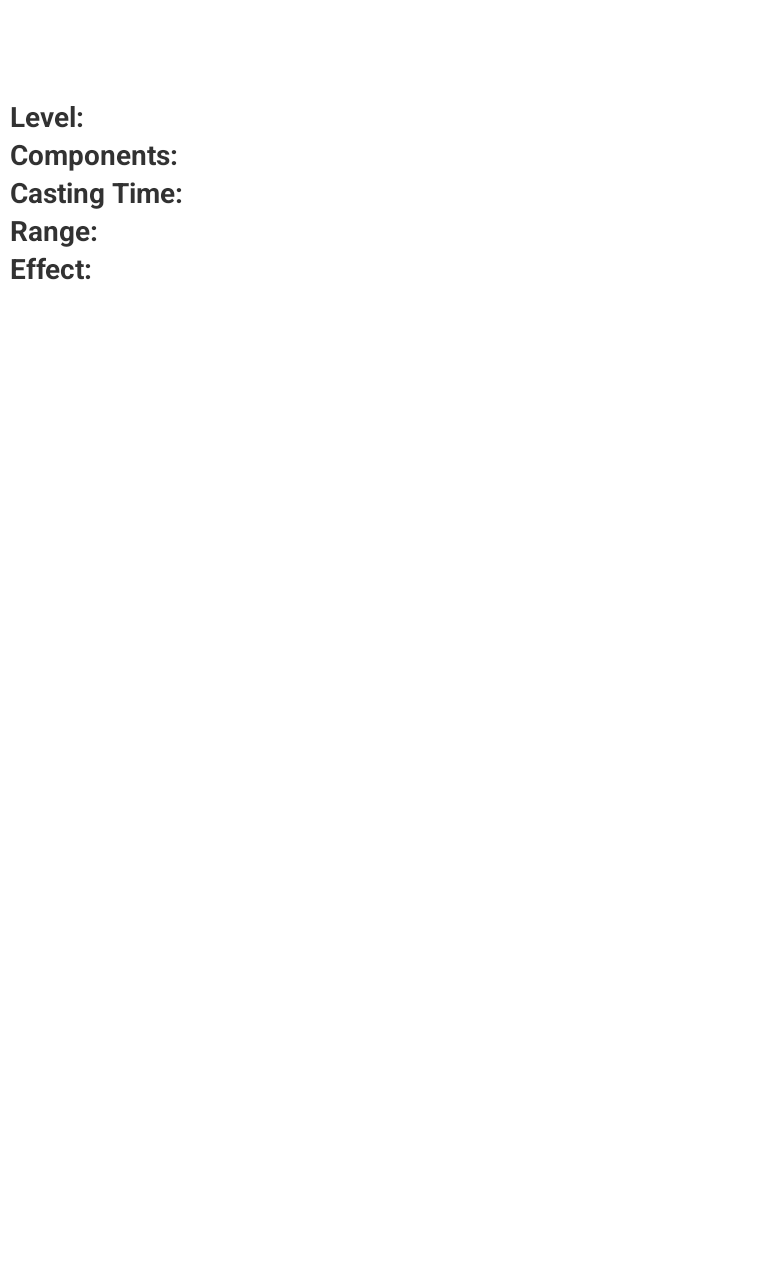
Repository: Rizsti/BrawnyKoala
Layout: 2.2/res/layout/dialogue_spell_details.xml
An editor plug-in stored every save of this project. The layout is shown before and after the next save, followed by the edit.
It is drawn on a 768 x 1280 px phone screen (xhdpi) without system bars, with theme AppTheme; the app's code is not run.

Above is the layout before, as saved 2013-06-09 04:38:42.

After the next save:
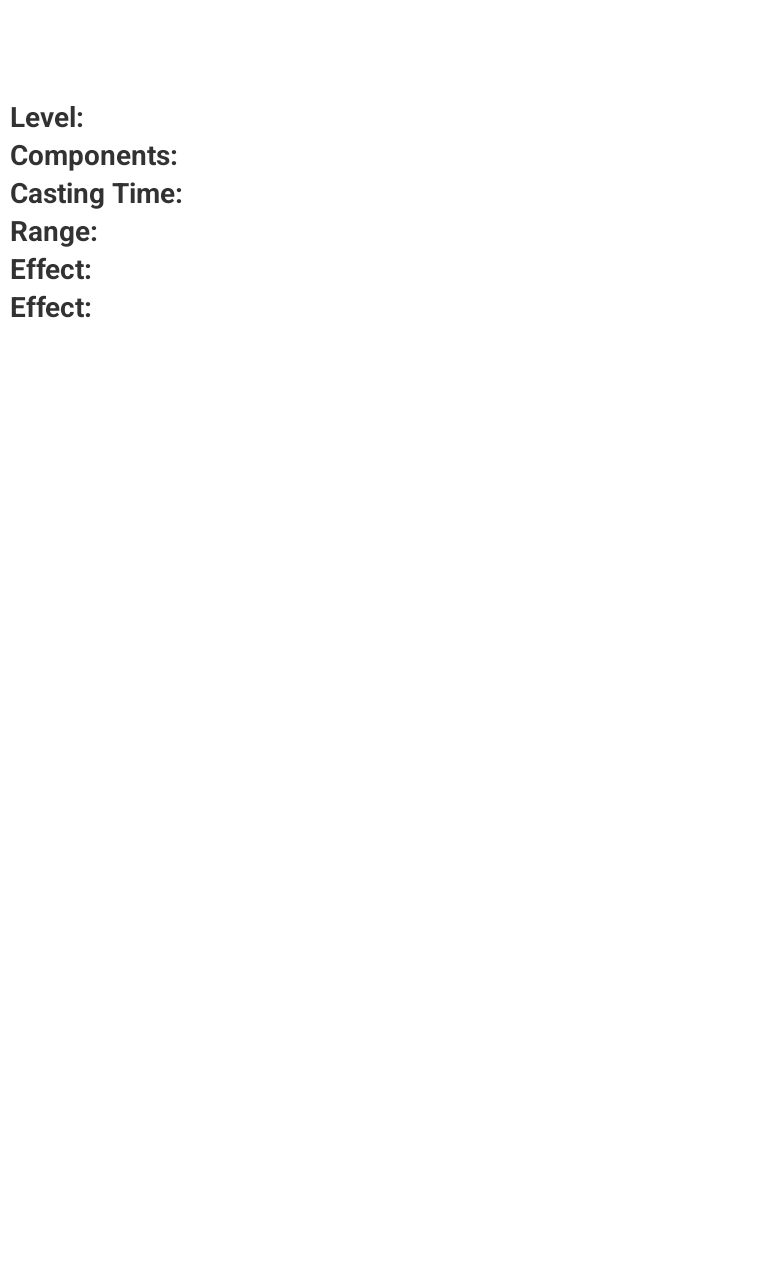
Saved 36 s later.
--- a/2.2/res/layout/dialogue_spell_details.xml
+++ b/2.2/res/layout/dialogue_spell_details.xml
@@ -110,4 +110,24 @@
 	        />
 
 	 </LinearLayout>
+
+     <LinearLayout
+        android:layout_width="match_parent"
+        android:layout_height="wrap_content"
+        android:orientation="horizontal">
+
+    	<TextView
+        	android:layout_width="wrap_content"
+        	android:layout_height="wrap_content"
+       		android:text="@string/SpellEffect"
+	        android:textStyle="bold" />
+
+	    <TextView
+	        android:id="@+id/spellEffect"
+	        android:layout_width="wrap_content"
+	        android:layout_height="wrap_content"
+	        />
+
+	 </LinearLayout>
+
 </LinearLayout>
